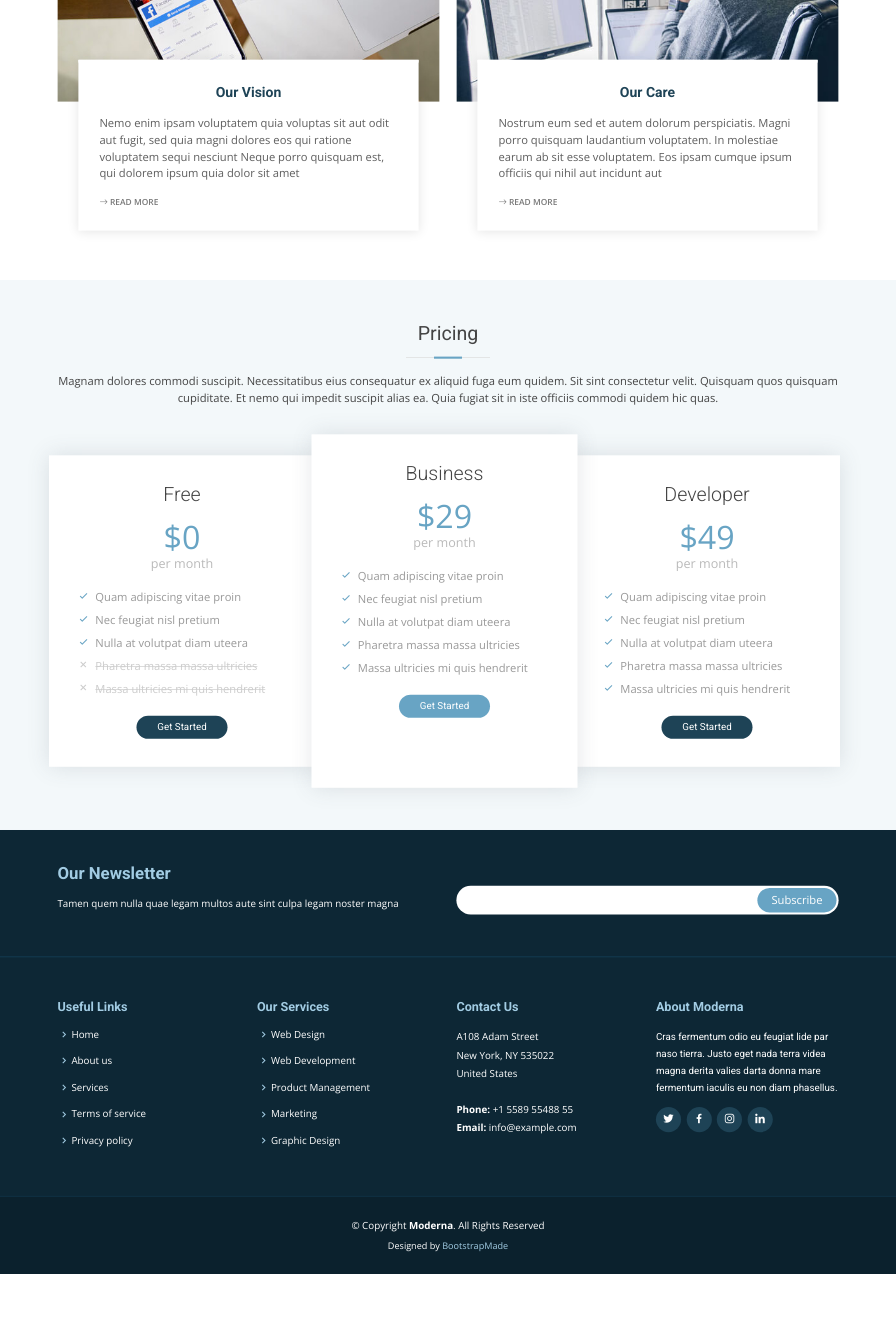
Repository: VachArt/Global-print
Page: services.html
These files come from the project's save history. The page is drawn as it stood at one moment and after the next save; the edit follows.
The browser window is 1280 px wide. The pictures show the part of the page from y = 1039 to 2959 px (the page is 2959 px tall before and 2173 px after), at 70% of full size.

Above is the page before, as saved 2022-06-09 12:49:22.

### services.html
<!DOCTYPE html>
<html lang="en">

<head>
  <meta charset="utf-8">
  <meta content="width=device-width, initial-scale=1.0" name="viewport">

  <title>GlobalPrint</title>
  <meta content="" name="description">
  <meta content="" name="keywords">


  <!-- Google Fonts -->
  <link href="https://fonts.googleapis.com/css?family=Open+Sans:300,300i,400,400i,600,600i,700,700i|Roboto:300,300i,400,400i,500,500i,700,700i&display=swap" rel="stylesheet">

  <!-- Vendor CSS Files -->
  <link href="assets/vendor/animate.css/animate.min.css" rel="stylesheet">
  <link href="assets/vendor/aos/aos.css" rel="stylesheet">
  <link href="assets/vendor/bootstrap/css/bootstrap.min.css" rel="stylesheet">
  <link href="assets/vendor/bootstrap-icons/bootstrap-icons.css" rel="stylesheet">
  <link href="assets/vendor/boxicons/css/boxicons.min.css" rel="stylesheet">
  <link href="assets/vendor/glightbox/css/glightbox.min.css" rel="stylesheet">
  <link href="assets/vendor/swiper/swiper-bundle.min.css" rel="stylesheet">

  <!-- Template Main CSS File -->
  <link href="assets/css/style.css" rel="stylesheet">

</head>

<body>

  <!-- ======= Header ======= -->
  <header id="header" class="fixed-top d-flex align-items-center ">
    <div class="container d-flex justify-content-between align-items-center">

      <div class="logo">
        <h1 class="text-light"><a href="index.html"><span>Global-Print</span></a></h1>
        <!-- Uncomment below if you prefer to use an image logo -->
        <!-- <a href="index.html"><img src="assets/img/logo.png" alt="" class="img-fluid"></a>-->
      </div>

      <nav id="navbar" class="navbar">
        <ul>
          <li><a class="" href="index.html">Home</a></li>
          <li><a href="about.html">About</a></li>
          <li><a class="active" href="services.html">Services</a></li>
          <li><a href="team.html">Team</a></li>
          <li><a href="contact.html">Contact Us</a></li>
        </ul>
        <i class="bi bi-list mobile-nav-toggle"></i>
      </nav><!-- .navbar -->

    </div>
  </header><!-- End Header -->

  <main id="main">

    <!-- ======= Our Services Section ======= -->
    <section class="breadcrumbs">
      <div class="container">

        <div class="d-flex justify-content-between align-items-center">
          <h2>Our Services</h2>
          <ol>
            <li><a href="index.html">Home</a></li>
            <li>Our Services</li>
          </ol>
        </div>

      </div>
    </section><!-- End Our Services Section -->



    <!-- ======= Service Details Section ======= -->
    <section class="service-details">
      <div class="container">

        <div class="row">
          <div class="col-md-6 d-flex align-items-stretch" data-aos="fade-up">
            <div class="card">
              <div class="card-img">
                <img src="assets/img/service-details-1.jpg" alt="...">
              </div>
              <div class="card-body">
                <h5 class="card-title"><a href="#">Our Mission</a></h5>
                <p class="card-text">Lorem ipsum dolor sit amet, consectetur elit, sed do eiusmod tempor ut labore et dolore magna aliqua. Ut enim ad minim veniam, quis nostrud exercitation ullamco laboris nisi ut aliquip ex ea commodo consequat</p>
                <div class="read-more"><a href="#"><i class="bi bi-arrow-right"></i> Read More</a></div>
              </div>
            </div>
          </div>
          <div class="col-md-6 d-flex align-items-stretch" data-aos="fade-up">
            <div class="card">
              <div class="card-img">
                <img src="assets/img/service-details-2.jpg" alt="...">
              </div>
              <div class="card-body">
                <h5 class="card-title"><a href="#">Our Plan</a></h5>
                <p class="card-text">Sed ut perspiciatis unde omnis iste natus error sit voluptatem doloremque laudantium, totam rem aperiam, eaque ipsa quae ab illo inventore veritatis et quasi architecto beatae vitae dicta sunt explicabo</p>
                <div class="read-more"><a href="#"><i class="bi bi-arrow-right"></i> Read More</a></div>
              </div>
            </div>

          </div>
          <div class="col-md-6 d-flex align-items-stretch" data-aos="fade-up">
            <div class="card">
              <div class="card-img">
                <img src="assets/img/service-details-3.jpg" alt="...">
              </div>
              <div class="card-body">
                <h5 class="card-title"><a href="#">Our Vision</a></h5>
                <p class="card-text">Nemo enim ipsam voluptatem quia voluptas sit aut odit aut fugit, sed quia magni dolores eos qui ratione voluptatem sequi nesciunt Neque porro quisquam est, qui dolorem ipsum quia dolor sit amet</p>
                <div class="read-more"><a href="#"><i class="bi bi-arrow-right"></i> Read More</a></div>
              </div>
            </div>
          </div>
          <div class="col-md-6 d-flex align-items-stretch" data-aos="fade-up">
            <div class="card">
              <div class="card-img">
                <img src="assets/img/service-details-4.jpg" alt="...">
              </div>
              <div class="card-body">
                <h5 class="card-title"><a href="#">Our Care</a></h5>
                <p class="card-text">Nostrum eum sed et autem dolorum perspiciatis. Magni porro quisquam laudantium voluptatem. In molestiae earum ab sit esse voluptatem. Eos ipsam cumque ipsum officiis qui nihil aut incidunt aut</p>
                <div class="read-more"><a href="#"><i class="bi bi-arrow-right"></i> Read More</a></div>
              </div>
            </div>
          </div>
        </div>

      </div>
    </section><!-- End Service Details Section -->

    <!-- ======= Pricing Section ======= -->
    <section class="pricing section-bg" data-aos="fade-up">
      <div class="container">

        <div class="section-title">
          <h2>Pricing</h2>
          <p>Magnam dolores commodi suscipit. Necessitatibus eius consequatur ex aliquid fuga eum quidem. Sit sint consectetur velit. Quisquam quos quisquam cupiditate. Et nemo qui impedit suscipit alias ea. Quia fugiat sit in iste officiis commodi quidem hic quas.</p>
        </div>

        <div class="row no-gutters">

          <div class="col-lg-4 box">
            <h3>Free</h3>
            <h4>$0<span>per month</span></h4>
            <ul>
              <li><i class="bx bx-check"></i> Quam adipiscing vitae proin</li>
              <li><i class="bx bx-check"></i> Nec feugiat nisl pretium</li>
              <li><i class="bx bx-check"></i> Nulla at volutpat diam uteera</li>
              <li class="na"><i class="bx bx-x"></i> <span>Pharetra massa massa ultricies</span></li>
              <li class="na"><i class="bx bx-x"></i> <span>Massa ultricies mi quis hendrerit</span></li>
            </ul>
            <a href="#" class="get-started-btn">Get Started</a>
          </div>

          <div class="col-lg-4 box featured">
            <h3>Business</h3>
            <h4>$29<span>per month</span></h4>
            <ul>
              <li><i class="bx bx-check"></i> Quam adipiscing vitae proin</li>
              <li><i class="bx bx-check"></i> Nec feugiat nisl pretium</li>
              <li><i class="bx bx-check"></i> Nulla at volutpat diam uteera</li>
              <li><i class="bx bx-check"></i> Pharetra massa massa ultricies</li>
              <li><i class="bx bx-check"></i> Massa ultricies mi quis hendrerit</li>
            </ul>
            <a href="#" class="get-started-btn">Get Started</a>
          </div>

          <div class="col-lg-4 box">
            <h3>Developer</h3>
            <h4>$49<span>per month</span></h4>
            <ul>
              <li><i class="bx bx-check"></i> Quam adipiscing vitae proin</li>
              <li><i class="bx bx-check"></i> Nec feugiat nisl pretium</li>
              <li><i class="bx bx-check"></i> Nulla at volutpat diam uteera</li>
              <li><i class="bx bx-check"></i> Pharetra massa massa ultricies</li>
              <li><i class="bx bx-check"></i> Massa ultricies mi quis hendrerit</li>
            </ul>
            <a href="#" class="get-started-btn">Get Started</a>
          </div>

        </div>

      </div>
    </section><!-- End Pricing Section -->

  </main><!-- End #main -->

  <!-- ======= Footer ======= -->
  <footer id="footer" data-aos="fade-up" data-aos-easing="ease-in-out" data-aos-duration="500">

    <div class="footer-newsletter">
      <div class="container">
        <div class="row">
          <div class="col-lg-6">
            <h4>Our Newsletter</h4>
            <p>Tamen quem nulla quae legam multos aute sint culpa legam noster magna</p>
          </div>
          <div class="col-lg-6">
            <form action="" method="post">
              <input type="email" name="email"><input type="submit" value="Subscribe">
            </form>
          </div>
        </div>
      </div>
    </div>

    <div class="footer-top">
      <div class="container">
        <div class="row">

          <div class="col-lg-3 col-md-6 footer-links">
            <h4>Useful Links</h4>
            <ul>
              <li><i class="bx bx-chevron-right"></i> <a href="#">Home</a></li>
              <li><i class="bx bx-chevron-right"></i> <a href="#">About us</a></li>
              <li><i class="bx bx-chevron-right"></i> <a href="#">Services</a></li>
              <li><i class="bx bx-chevron-right"></i> <a href="#">Terms of service</a></li>
              <li><i class="bx bx-chevron-right"></i> <a href="#">Privacy policy</a></li>
            </ul>
          </div>

          <div class="col-lg-3 col-md-6 footer-links">
            <h4>Our Services</h4>
            <ul>
              <li><i class="bx bx-chevron-right"></i> <a href="#">Web Design</a></li>
              <li><i class="bx bx-chevron-right"></i> <a href="#">Web Development</a></li>
              <li><i class="bx bx-chevron-right"></i> <a href="#">Product Management</a></li>
              <li><i class="bx bx-chevron-right"></i> <a href="#">Marketing</a></li>
              <li><i class="bx bx-chevron-right"></i> <a href="#">Graphic Design</a></li>
            </ul>
          </div>

          <div class="col-lg-3 col-md-6 footer-contact">
            <h4>Contact Us</h4>
            <p>
              A108 Adam Street <br>
              New York, NY 535022<br>
              United States <br><br>
              <strong>Phone:</strong> +1 5589 55488 55<br>
              <strong>Email:</strong> info@example.com<br>
            </p>

          </div>

          <div class="col-lg-3 col-md-6 footer-info">
            <h3>About Moderna</h3>
            <p>Cras fermentum odio eu feugiat lide par naso tierra. Justo eget nada terra videa magna derita valies darta donna mare fermentum iaculis eu non diam phasellus.</p>
            <div class="social-links mt-3">
              <a href="#" class="twitter"><i class="bx bxl-twitter"></i></a>
              <a href="#" class="facebook"><i class="bx bxl-facebook"></i></a>
              <a href="#" class="instagram"><i class="bx bxl-instagram"></i></a>
              <a href="#" class="linkedin"><i class="bx bxl-linkedin"></i></a>
            </div>
          </div>

        </div>
      </div>
    </div>

    <div class="container">
      <div class="copyright">
        &copy; Copyright <strong><span>Moderna</span></strong>. All Rights Reserved
      </div>
      <div class="credits">
        <!-- All the links in the footer should remain intact. -->
        <!-- You can delete the links only if you purchased the pro version. -->
        <!-- Licensing information: https://bootstrapmade.com/license/ -->
        <!-- Purchase the pro version with working PHP/AJAX contact form: https://bootstrapmade.com/free-bootstrap-template-corporate-moderna/ -->
        Designed by <a href="https://bootstrapmade.com/">BootstrapMade</a>
      </div>
    </div>
  </footer><!-- End Footer -->

  <a href="#" class="back-to-top d-flex align-items-center justify-content-center"><i class="bi bi-arrow-up-short"></i></a>

  <!-- Vendor JS Files -->
  <script src="assets/vendor/purecounter/purecounter.js"></script>
  <script src="assets/vendor/aos/aos.js"></script>
  <script src="assets/vendor/bootstrap/js/bootstrap.bundle.min.js"></script>
  <script src="assets/vendor/glightbox/js/glightbox.min.js"></script>
  <script src="assets/vendor/isotope-layout/isotope.pkgd.min.js"></script>
  <script src="assets/vendor/swiper/swiper-bundle.min.js"></script>
  <script src="assets/vendor/waypoints/noframework.waypoints.js"></script>
  <script src="assets/vendor/php-email-form/validate.js"></script>

  <!-- Template Main JS File -->
  <script src="assets/js/main.js"></script>

</body>

</html>

Loaded but not shown: assets/vendor/animate.css/animate.min.css (library); assets/vendor/aos/aos.css (library); assets/vendor/bootstrap/css/bootstrap.min.css (library); assets/vendor/bootstrap-icons/bootstrap-icons.css (library); assets/vendor/boxicons/css/boxicons.min.css (library); assets/vendor/glightbox/css/glightbox.min.css (library); assets/vendor/swiper/swiper-bundle.min.css (library); assets/vendor/purecounter/purecounter.js (library); assets/vendor/aos/aos.js (library); assets/vendor/bootstrap/js/bootstrap.bundle.min.js (library); assets/vendor/glightbox/js/glightbox.min.js (library); assets/vendor/isotope-layout/isotope.pkgd.min.js (library); assets/vendor/swiper/swiper-bundle.min.js (library); assets/vendor/waypoints/noframework.waypoints.js (library); assets/vendor/php-email-form/validate.js (common file); assets/js/main.js (225 lines, source omitted); assets/css/style.css (1988 lines, source omitted)

After the next save:
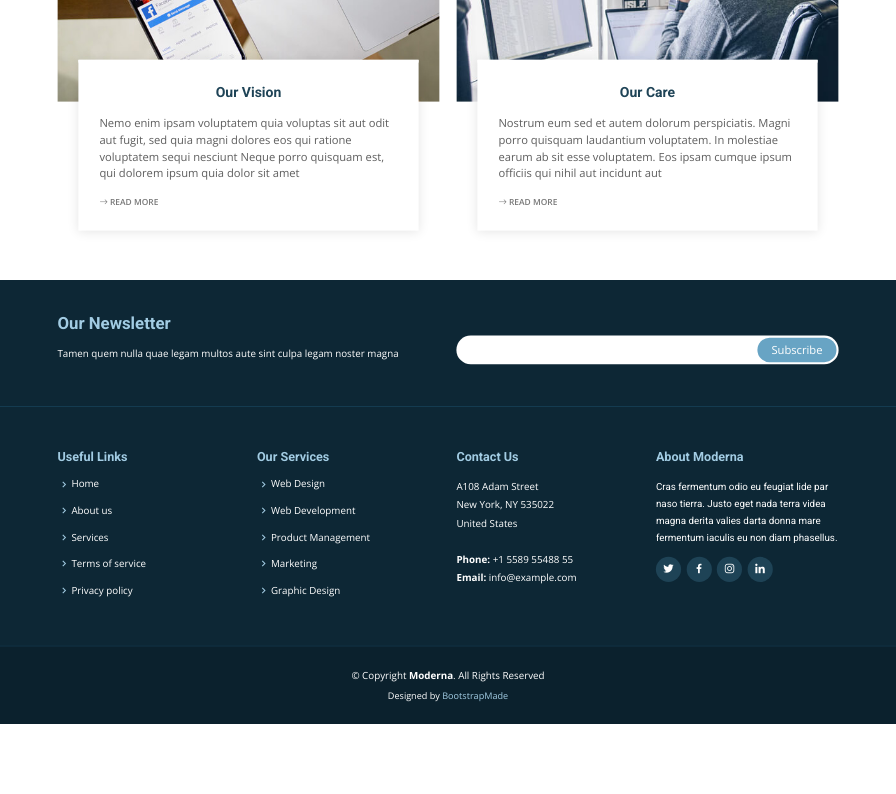
Saved 28 s later.
--- a/services.html
+++ b/services.html
@@ -131,60 +131,6 @@
       </div>
     </section><!-- End Service Details Section -->
 
-    <!-- ======= Pricing Section ======= -->
-    <section class="pricing section-bg" data-aos="fade-up">
-      <div class="container">
-
-        <div class="section-title">
-          <h2>Pricing</h2>
-          <p>Magnam dolores commodi suscipit. Necessitatibus eius consequatur ex aliquid fuga eum quidem. Sit sint consectetur velit. Quisquam quos quisquam cupiditate. Et nemo qui impedit suscipit alias ea. Quia fugiat sit in iste officiis commodi quidem hic quas.</p>
-        </div>
-
-        <div class="row no-gutters">
-
-          <div class="col-lg-4 box">
-            <h3>Free</h3>
-            <h4>$0<span>per month</span></h4>
-            <ul>
-              <li><i class="bx bx-check"></i> Quam adipiscing vitae proin</li>
-              <li><i class="bx bx-check"></i> Nec feugiat nisl pretium</li>
-              <li><i class="bx bx-check"></i> Nulla at volutpat diam uteera</li>
-              <li class="na"><i class="bx bx-x"></i> <span>Pharetra massa massa ultricies</span></li>
-              <li class="na"><i class="bx bx-x"></i> <span>Massa ultricies mi quis hendrerit</span></li>
-            </ul>
-            <a href="#" class="get-started-btn">Get Started</a>
-          </div>
-
-          <div class="col-lg-4 box featured">
-            <h3>Business</h3>
-            <h4>$29<span>per month</span></h4>
-            <ul>
-              <li><i class="bx bx-check"></i> Quam adipiscing vitae proin</li>
-              <li><i class="bx bx-check"></i> Nec feugiat nisl pretium</li>
-              <li><i class="bx bx-check"></i> Nulla at volutpat diam uteera</li>
-              <li><i class="bx bx-check"></i> Pharetra massa massa ultricies</li>
-              <li><i class="bx bx-check"></i> Massa ultricies mi quis hendrerit</li>
-            </ul>
-            <a href="#" class="get-started-btn">Get Started</a>
-          </div>
-
-          <div class="col-lg-4 box">
-            <h3>Developer</h3>
-            <h4>$49<span>per month</span></h4>
-            <ul>
-              <li><i class="bx bx-check"></i> Quam adipiscing vitae proin</li>
-              <li><i class="bx bx-check"></i> Nec feugiat nisl pretium</li>
-              <li><i class="bx bx-check"></i> Nulla at volutpat diam uteera</li>
-              <li><i class="bx bx-check"></i> Pharetra massa massa ultricies</li>
-              <li><i class="bx bx-check"></i> Massa ultricies mi quis hendrerit</li>
-            </ul>
-            <a href="#" class="get-started-btn">Get Started</a>
-          </div>
-
-        </div>
-
-      </div>
-    </section><!-- End Pricing Section -->
 
   </main><!-- End #main -->
 
